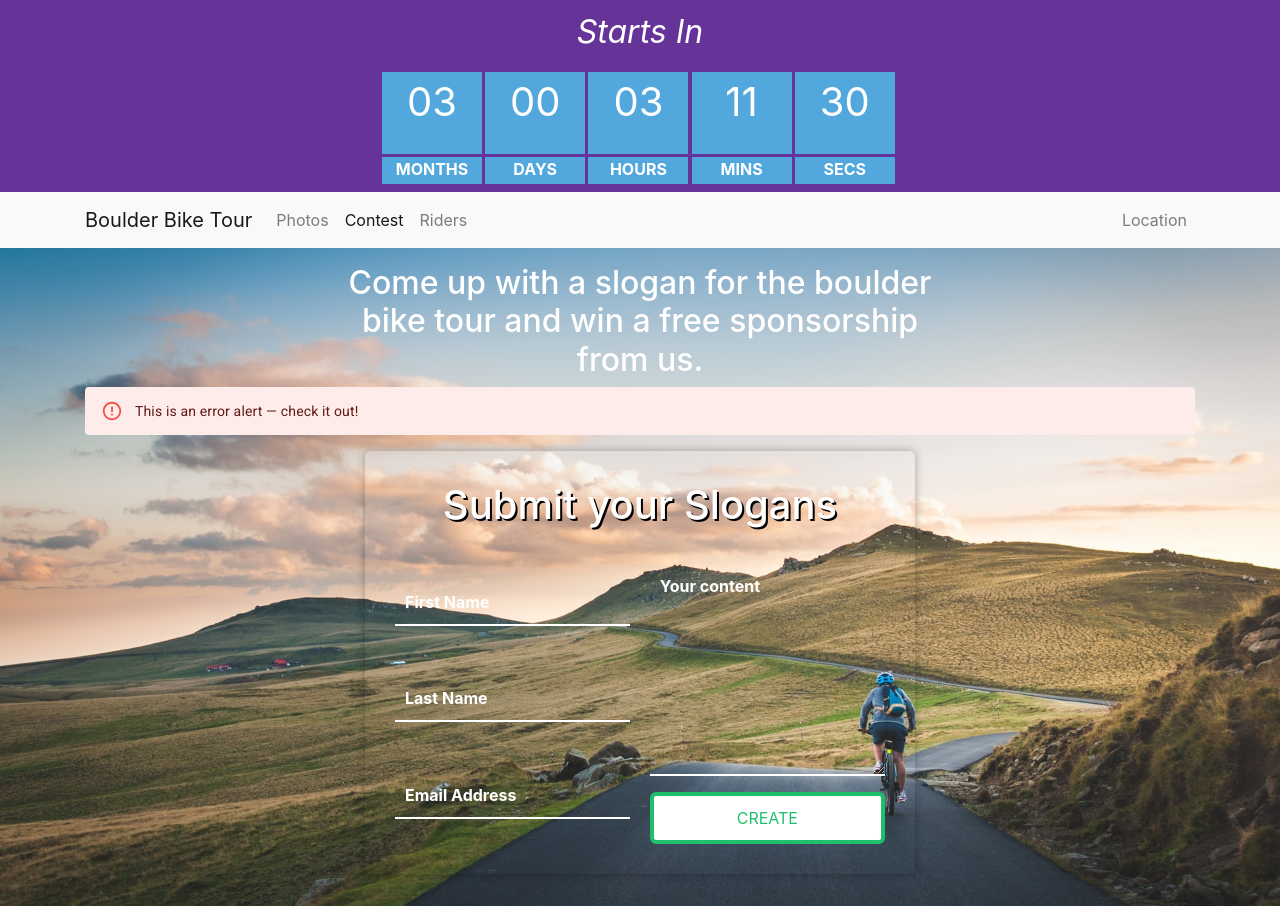
Repository: akinsikuoluwafemi/boulder_bike_tour_frontend
Page: /contest
These files come from the project's save history. The page is drawn as it stood at one moment and after a run of saves; the edit follows.
The browser window is 1280 px wide. The pictures show the whole page.
The page's requests for data from a server got no answer. Some web libraries are served in a nearby version. The project was rebuilt for these pictures with package versions that can differ from the ones it lists, and the page was loaded fresh each time. No one was signed in, and anything a server would have sent is missing. Also part of the build but not shown: src/components/Home/LatestNews.js, src/components/Home/Winners.js, src/components/Accordions/Accordions.js, src/components/Home/FooterContent.js, src/components/Home/Home.js, src/components/Location/mapStyles.js, src/components/Spinner/Spinner.scss, src/components/Spinner/Spinner.js and 5 more.

Above is the page before, as saved 2020-08-23 07:34:14.

### public/index.html
<!DOCTYPE html>
<html lang="en">
  <head>
    <meta charset="utf-8" />
    <link rel="icon" href="%PUBLIC_URL%/bike.jpg"/>
    <meta name="viewport" content="width=device-width, initial-scale=1" />
    <meta name="theme-color" content="#000000" />
    <meta
      name="description"
      content="Web site created using create-react-app"
    />
    <link rel="apple-touch-icon" href="%PUBLIC_URL%/logo192.png" />
    <!--
      manifest.json provides metadata used when your web app is installed on a
      user's mobile device or desktop. See https://developers.google.com/web/fundamentals/web-app-manifest/
    -->
    <link rel="manifest" href="%PUBLIC_URL%/manifest.json" />
    <link href="https://fonts.googleapis.com/css2?family=Poppins&display=swap" rel="stylesheet">
    <link rel="stylesheet" type="text/css" charset="UTF-8" href="https://cdnjs.cloudflare.com/ajax/libs/slick-carousel/1.6.0/slick.min.css" />
    <link rel="stylesheet" type="text/css" href="https://cdnjs.cloudflare.com/ajax/libs/slick-carousel/1.6.0/slick-theme.min.css" />
    <!--
      Notice the use of %PUBLIC_URL% in the tags above.
      It will be replaced with the URL of the `public` folder during the build.
      Only files inside the `public` folder can be referenced from the HTML.

      Unlike "/favicon.ico" or "favicon.ico", "%PUBLIC_URL%/favicon.ico" will
      work correctly both with client-side routing and a non-root public URL.
      Learn how to configure a non-root public URL by running `npm run build`.
    -->
    <link href="https://fonts.googleapis.com/css2?family=Anton&display=swap" rel="stylesheet">
    <link rel="stylesheet" href="https://stackpath.bootstrapcdn.com/bootstrap/4.4.1/css/bootstrap.min.css" integrity="sha384-Vkoo8x4CGsO3+Hhxv8T/Q5PaXtkKtu6ug5TOeNV6gBiFeWPGFN9MuhOf23Q9Ifjh"
      crossorigin="anonymous">
    <title>Boulder Bike Tour</title>
  </head>
  <body>
    <noscript>You need to enable JavaScript to run this app.</noscript>
    <div id="root"></div>
    <!--
      This HTML file is a template.
      If you open it directly in the browser, you will see an empty page.

      You can add webfonts, meta tags, or analytics to this file.
      The build step will place the bundled scripts into the <body> tag.

      To begin the development, run `npm start` or `yarn start`.
      To create a production bundle, use `npm run build` or `yarn build`.
    -->
    <script src="https://code.jquery.com/jquery-3.3.1.slim.min.js" integrity="sha384-q8i/X+965DzO0rT7abK41JStQIAqVgRVzpbzo5smXKp4YfRvH+8abtTE1Pi6jizo"
      crossorigin="anonymous">
      </script>
    <script src="https://cdnjs.cloudflare.com/ajax/libs/popper.js/1.14.7/umd/popper.min.js" integrity="sha384-UO2eT0CpHqdSJQ6hJty5KVphtPhzWj9WO1clHTMGa3JDZwrnQq4sF86dIHNDz0W1"
      crossorigin="anonymous">
      </script>
    <script src="https://stackpath.bootstrapcdn.com/bootstrap/4.3.1/js/bootstrap.min.js" integrity="sha384-JjSmVgyd0p3pXB1rRibZUAYoIIy6OrQ6VrjIEaFf/nJGzIxFDsf4x0xIM+B07jRM"
      crossorigin="anonymous">
      </script>
  </body>
</html>

### src/index.js
import React from 'react';
import ReactDOM from 'react-dom';
import './index.css';
import * as serviceWorker from './serviceWorker';
import Navigation from './components/Navigation';
import { RiderProvider } from './components/context';
import "slick-carousel/slick/slick.css";
import "slick-carousel/slick/slick-theme.css";

ReactDOM.render(
  <React.StrictMode>
    <RiderProvider>
      <Navigation />
    </RiderProvider>
  </React.StrictMode>,
  document.getElementById('root')
);

// If you want your app to work offline and load faster, you can change
// unregister() to register() below. Note this comes with some pitfalls.
// Learn more about service workers: https://bit.ly/CRA-PWA
serviceWorker.unregister();

### src/index.css
body {
  margin: 0;
  font-family: -apple-system, BlinkMacSystemFont, 'Segoe UI', 'Roboto', 'Oxygen',
    'Ubuntu', 'Cantarell', 'Fira Sans', 'Droid Sans', 'Helvetica Neue',
    sans-serif;
  -webkit-font-smoothing: antialiased;
  -moz-osx-font-smoothing: grayscale;
}

code {
  font-family: source-code-pro, Menlo, Monaco, Consolas, 'Courier New',
    monospace;
}

body {
  overflow-x: hidden;
}

### src/components/Navigation.js
import React from 'react';
import { BrowserRouter as Router, Route, Switch } from 'react-router-dom';
import Home from './Home/Home';
import Contest from './Contest/Contest';
import Location from './Location/Location';
import ImageList from './Photos/ImageList';
import Riders from './Riders/Riders';





export default function Navigation() {
    return (
        <Router>

            <Switch>
                <Route exact path="/" component={Home} />
                <Route exact path="/contest" component={Contest} />
                <Route exact path="/riders" component={Riders} />
                <Route exact path="/location" component={Location} />
                <Route exact path="/photos" component={ImageList} />
            </Switch>
        </Router>
    )
}

### src/components/context.js
import React, { Component } from 'react';

const RiderContext = React.createContext()


class RiderProvider extends Component
{
    state = {
        riders: [],
        loading: true




    }

    componentDidMount()
    {
        fetch('https://bike-boulder-tour.herokuapp.com/api/v1/riders')
            .then(response => response.json())
            .then(riders =>{
                this.setState({ riders: riders, loading: false })

            })
            .catch(error => console.log(error))

    }







    render(){




        return (
            <RiderContext.Provider value={{ ...this.state }}>
                {this.props.children}
            </RiderContext.Provider>
        )
    }
}

const RiderConsumer = RiderContext.Consumer

export { RiderProvider, RiderConsumer, RiderContext }

### src/components/Contest/Contest.js
import React, {useState, useContext} from "react";
import "./Contest.scss";
import { Link } from "react-router-dom";
import HeaderTime from "../HeaderTime/HeaderTime";
import Form from "./Form/Form";
// import Alert from '';
// import {AlertContext} from '../../'
import Alert from "@material-ui/lab/Alert";
import { AlertContext } from '../AlertContext';

const Contest = () => {

    const [alert, setAlert] = useState("");


    return (
      <div>
        <HeaderTime />

        <nav class="navbar navbar-expand-sm sticky-top navbar-light bg-light">
          <div class="container">
            <Link to="/" class="navbar-brand">
              Boulder Bike Tour
            </Link>
            <button
              class="navbar-toggler navbar-toggler-right"
              type="button"
              data-toggle="collapse"
              data-target="#navbar1"
            >
              <span class="navbar-toggler-icon"></span>
            </button>
            <div class="collapse navbar-collapse" id="navbar1">
              <ul class="navbar-nav">
                <li class="nav-item">
                  <Link to="/photos" class="nav-link">
                    Photos
                  </Link>
                </li>
                <li class="nav-item active">
                  <Link to="/contest" class="nav-link">
                    Contest
                  </Link>
                </li>
                <li class="nav-item">
                  <Link to="/riders" class="nav-link">
                    Riders
                  </Link>
                </li>
              </ul>
              <ul class="navbar-nav ml-auto">
                <li class="nav-item ">
                  <Link to="/location" class="nav-link">
                    Location
                  </Link>
                </li>
              </ul>
            </div>
          </div>
        </nav>

        {/*  */}

        <div className="bg-contest">
          <div className="container py-3">
            <h2 className="text-center contest-heading-text text-white">
              Come up with a slogan for the boulder bike tour and win a free
              sponsorship from us.
            </h2>
            <AlertContext.Provider value={{ alert, setAlert }}>
              {/* <Alert severity={severity}>{alertText}</Alert> */}
              <Alert severity="error">
                This is an error alert — check it out!
              </Alert>

              <div className="px-3 py-3 form-center">
                <Form />
              </div>
            </AlertContext.Provider>
          </div>
        </div>

        {/*  */}
      </div>
    );
};

export default Contest;

### src/components/Home/Home.scss
.header-hero {
    display: grid;
    grid-template-columns: repeat(auto-fit,minmax(400px, 1fr));
    height: 75vh;
    background: #52A7DD;
    // grid-gap: .2rem;
    background-image: url('../../images/image6.jpg');
    background-size: cover;
    background-repeat: no-repeat;
    background-position: top;
}

.heading-img {

}

.heading-text {
    // padding: 3rem;
    margin: auto;

}


.btn-hero {
    display: flex;
    justify-content: space-between;
    padding: .5rem;
    align-items: center;
    cursor: pointer;
    border-radius: 0.3rem;
    transition: all .5s ease-in-out;
}

.btn-hero:hover {
    box-shadow: 0 1px 3px 0 rgba(0, 0, 0, 0.1), 0 1px 2px 0 rgba(0, 0, 0, 0.06);
    background: #222;

}

.btn-text {
    font-weight: bold;
}
.card-width{
    width: 20rem!important;
}



// slick slider start

.slide-container {
      display: grid;
    grid-gap: 1rem;
    grid-template-columns: repeat(auto-fit, minmax(220px, 1fr));

    grid-gap: .8rem;

}

.figure-container {
}

.figure-container:focus {
    outline: none;
}

.fig-image {
    background-image: url('../../images/image2.jpg');
    background-size: cover;
    background-position: center;
    background-repeat: no-repeat;
    height: 10rem;
    transition: all .5s ease-in-out;
    overflow: auto;

    cursor: pointer;
}

.youth-biking-image {
    background-image: url('../../images/youthbiking.jpg');
    background-size: cover;
    background-position: center;
    background-repeat: no-repeat;
    height: 10rem;
    transition: all .5s ease-in-out;
    overflow: auto;

    cursor: pointer;
}

.mascot {
    background-image: url('../../images/mascots.jpg');
    background-size: cover;
    background-position: center;
    background-repeat: no-repeat;
    height: 10rem;
    transition: all .5s ease-in-out;
    overflow: auto;

    cursor: pointer;
}

.olympic {
    background-image: url('../../images/olympic.jpg');
    background-size: cover;
    background-position: center;
    background-repeat: no-repeat;
    height: 10rem;
    transition: all .5s ease-in-out;
    overflow: auto;
    cursor: pointer;
}


.wis {
    background-image: url('../../images/wis.jpg');
    background-size: cover;
    background-position: center;
    background-repeat: no-repeat;
    height: 10rem;
    transition: all .5s ease-in-out;
    overflow: auto;
    cursor: pointer;
}

.sfj {
    background-image: url('../../images/sfj.jpg');
    background-size: cover;
    background-position: center;
    background-repeat: no-repeat;
    height: 10rem;
    transition: all .5s ease-in-out;
    overflow: auto;
    // -webkit-filter: grayscale(100%); /* Safari 6.0 - 9.0 */
    // filter: grayscale(100%);
    cursor: pointer;
}




.fig-image:hover {
    // filter: grayscale(0%);
}



.tag {
    // background: #52A7DD;
    padding: .3rem;
    display: inline;
    font-family: 'Poppins', sans-serif;
    text-shadow: 0px 4px 3px rgba(0,0,0,0.4),
             0px 8px 13px rgba(0,0,0,0.1),
             0px 18px 23px rgba(0,0,0,0.1);

}





.figure-caption {
    // background: #52A7DD;
    padding: .5rem;
}



.caption-text {
    transition: all .2s ease-in;
    cursor: pointer;

color: rgba(0,0,0,0.6);
text-shadow: 2px 8px 6px rgba(0,0,0,0.2),
                 0px -5px 35px rgba(255,255,255,0.3);
}

.caption-text:hover {
    color: #52A7DD
}

button.slick-arrow {
    background: #777;
    // fill: #115C8D;
    border-radius: 50%;
}

.slick-prev:hover,.slick-prev:focus,.slick-next:hover,.slick-next:focus {
    background: #777;

}

.slick-prev:hover,.slick-prev:focus,.slick-next:hover,.slick-next:focus {

    color: transparent!important;
    outline: none!important;
    background: #777!important;

}


@media(min-width: 768px){
    .show-big {
        display: block;
        // background: pink!important;
    }
     .show-small {
        display: none;
    }
}

@media(max-width: 767px){
    .show-big {
        display: none;
    }
    .show-small {
        display: block;
    }
}

// slick slider end



// past winners start

.profile-card-5{
    margin-top:20px;
}
.profile-card-5 .btn{
    border-radius:2px;
    text-transform:uppercase;
    font-size:12px;
    padding:7px 20px;
}
.profile-card-5 .card-img-block {
    width: 91%;
    margin: 0 auto;
    position: relative;
    top: -20px;

}
.profile-card-5 .card-img-block img{
    border-radius:5px;
    box-shadow:0 0 10px rgba(0,0,0,0.63);
}
.profile-card-5 h5{
    color:#52A7DD;
    font-weight:600;
}
.profile-card-5 p{
    font-size:16px;
    font-weight:500;

}
.profile-card-5 .btn-primary{
    background-color:#52A7DD;
    border-color:#52A7DD;
    font-weight: 600;
}


// past winners end


.winners-container {
     display: grid;
    // grid-template-rows: repeat(2,1fr);
    grid-gap: 1rem;
    grid-template-columns: repeat(auto-fit, minmax(220px, 1fr));
    // justify-content: center;
    // background: palegoldenrod;
    // height: 16rem;
    grid-gap: .8rem;
}

.footer-container {
    padding: 3rem 0rem;
    display: grid;
    // grid-template-rows: repeat(2,1fr);
    grid-gap: 1rem;
    grid-template-columns: repeat(auto-fit, minmax(210px, 1fr));
    justify-content: center;
    // background: palegoldenrod;
    // height: 16rem;
    // align-items: center;
    grid-gap: .8rem;
}

.footer-heading-text {
    font-weight: 700;
    text-transform: uppercase;
    font-size: .9rem;
}

.footer-list {
    margin: 0;
    padding: 0;
}

.footer-list-item {
    list-style-type: none;
    text-transform: uppercase;
    font-size: .75rem;
    color: #777;
    font-weight: 600;
}

.hero-intro-text {

background-color: #666666;
    -webkit-background-clip: text;
    -moz-background-clip: text;
    background-clip: text;
    font-weight: 600;
    text-shadow: rgba(255,255,255,0.5) 0px 3px 3px;
}

.bg-purple {
    background: #663399;
}



// @media(max-width: 320px){
//     .header-hero {
//         justify-content: center;
//         align-items: center;

//     }
// }

@media(max-width: 425px){
     .header-hero {
        justify-content: center;
        align-items: center;

    }

    .bg-purple {
        background: transparent!important;
    }


}


body {
  overflow-x: hidden;
}

### src/components/HeaderTime/HeaderTime.js
import React from 'react'
import './HeaderTime.scss'
import CountDown from './CountDown'



function HeaderTime () {
    return (
        <CountDown futureDate="2020-11-23T09:33:32.212Z" />
    )
}

export default HeaderTime

### src/components/Contest/Contest.scss
.form-center {
    display: flex;
    justify-content: center;
    align-items: center;
}

.contest-heading-text {
    padding: 0 15rem;

}

@media(max-width: 1025px){
    .contest-heading-text {
        padding: 0 0rem;

    }

}

.bg-contest {
    background-image: url('../../images/contest-hero.jpg');
    background-size: cover;
    background-repeat: no-repeat;
    background-position: center;
}

### src/components/AlertContext.js
import { createContext } from 'react';

export const AlertContext = createContext();

### src/components/Photos/Photos.scss
.image-list {
    display: grid;
    grid-template-columns: repeat(auto-fill, minmax(250px, 1fr));
    grid-gap: 1px 10px;
    grid-auto-rows: 10px;
    justify-content: center;
    align-items: center;

}

.image-list img {
    width: 250px;
    grid-row-end: span 2;
}

.image-container {
    position: relative
}


.tags {
    z-index: 2;
    position: absolute;
  top: 50%; right: 50%;
  transform: translate(50%,-50%);
    background: transparent;

}

.photo-hero-container {
    display: flex;
    justify-content: center;
    align-items: center;
    height: 70vh;

}

.bg-hero-photo {
      background-image: url('../../images/picture-hero.jpg');
    background-position: center;
    background-size: cover;
    background-repeat: repeat;
}

.photo-hero-text {
    // font-size: 2rem;
    text-align: center;
    font-weight: 500;
    font-family: 'Anton', sans-serif;
}




// button start

.example_d {
cursor: pointer;
color: #20bf6b !important;
text-transform: uppercase;
background: #ffffff;
padding: 10px 20px;
border: 4px solid #20bf6b !important;
border-radius: 6px;
display: inline-block;
transition: all 0.3s ease 0s;
z-index: 500;
}

.example_d:hover {
color: #494949 !important;
border-radius: 50px;
border-color: #494949 !important;
transition: all 0.3s ease 0s;
}

// button end

### src/components/HeaderTime/HeaderTime.scss
.timer-container {
    background: rebeccapurple;
    height: 12rem;
    display: flex;
    flex-direction: column;
    justify-content: center;
    align-items: center;
    color: white;
}

.timer-content {
    text-align: center;
    display: flex;
}
.timer-content > *:not(last-child) {
    margin-right: .2rem;
}

.timer-box {
    height: 7rem;
    display: grid;
    grid-template-columns: repeat(auto-fill,minmax(100px, 1fr));
    grid-template-rows: 3fr 1fr;
    grid-gap: .2rem;

}

.timer-num {
    font-size: 2.5rem;
    grid-row: 1/2;
    background: #52A7DD;
}
.starts {
    font-size: 2rem;
    font-style: italic;
}
.days {
    grid-row: 2/-1;
    font-weight: bold;
    background: #52A7DD;
}

.mobile-countdown {
    background: #52A7DD;
    padding: .3rem 1rem;
}


@media(max-width: 575px){
    .timer-content {
        display: none;
    }
    .timer-container {
        height: 16rem;
        // margin-bottom: 2rem;
    }
}




.time-small-container {
    text-align: center;
    display: none;

}

@media(max-width: 575px){
    .time-small-container {
        display: block;
    }
}

.time-small-container > * {
    margin-bottom: .1rem;
}

### src/components/Contest/Form/Form.scss
@import url('https://fonts.googleapis.com/css?family=Roboto');


.wrapper{


  width: 100%;
  max-width: 550px;
  // background: rgba(0,0,0,0.8);
  padding: 30px;
  border-radius: 5px;
  box-shadow: 0 0 10px rgba(0,0,0,0.3);
}

.wrapper .title h1{
  color: #fff;
  text-align: center;
  margin-bottom: 25px;
  text-shadow: 2px 2px #000;
}

.contact-form{
  display: flex;
}

.input-fields{
  display: flex;
  flex-direction: column;
  margin-right: 4%;
  justify-content: space-around;
}

.input-fields,
.msg{
  width: 48%;
}

.input-fields .input,
.msg textarea{
  margin: 10px 0;
  background: transparent;
  border: 0px;
  border-bottom: 2px solid #fff;
  padding: 10px;
  color: #fff;
  width: 100%;
  outline: none;
  font-weight: bold;
}

.msg textarea{
  height: 212px;
}

::-webkit-input-placeholder {
  /* Chrome/Opera/Safari */
  color: #fff;
}
::-moz-placeholder {
  /* Firefox 19+ */
  color: #fff;
}
:-ms-input-placeholder {
  /* IE 10+ */
  color: #c5ecfd;
}



@media screen and (max-width: 600px){
  .contact-form{
    flex-direction: column;
  }
  .msg textarea{
    height: 80px;
  }
  .input-fields,
  .msg{
    width: 100%;
  }
}

### src/components/Accordions/Accordions.scss
/* The Magic */
ul {
    margin: 0;
    padding: 0;
}


.accordion:hover .accordion-item:hover .accordion-item-content,
.accordion .accordion-item--default .accordion-item-content {
    height: 6rem;

}

.accordion-item-content,
.accordion:hover .accordion-item-content {
    height: 0;
    overflow-y: scroll;
    transition: height .25s;
    color: #444;
    padding-left: .5rem;
    font-size: .9rem;
}

.accordion-item-content li {
    padding-bottom: .5rem;
}


/* Aesthetic */


.accordion {
    padding: 0;
    margin: 0 auto;
    // width: 90vw;
    // font-family: "PT Sans" sans-serif;
}

.accordion .accordion-item {
//   background-image: linear-gradient(90deg, #eee, #f5f5f5, #eee);
  border-bottom: .1px solid #222;
  padding: .8rem;
  color: #777;
  cursor: pointer;
}

.accordion-item-content {
//   background-image: linear-gradient(90deg, #eee, #f5f5f5, #eee);

}

.accordion p {
  margin: 0;
  color: #bbb;
}




.accordion .accordion-item:nth-child(odd) {
     -webkit-border-radius: .2rem;
            border-radius: .2rem;
    -webkit-box-shadow: 0 0 10px rgba(0, 0, 0, 0.4);
       -moz-box-shadow: 0 0 10px rgba(0, 0, 0, 0.4);
            box-shadow: 0 0 10px rgba(0, 0, 0, 0.4);
    z-index: -1;
}


.accordion .accordion-item:nth-child(odd) {
//   background-color: hsl(280, 60%, 45%);
//   background-image: linear-gradient(-90deg, hsl(280, 80%, 60%), hsl(280, 60%, 45%) 2em, hsl(280, 80%, 60%));
}

.accordion .accordion-item:nth-child(3) {
//   background-color: hsl(40, 80%, 40%);
//   background-image: linear-gradient(-90deg, hsl(40, 80%, 60%), hsl(40, 80%, 45%) 2em, hsl(40, 80%, 60%));
}

.accordion .accordion-item:nth-child(4) {
//   background-color: hsl(80, 40%, 40%);
//   background-image: linear-gradient(-90deg, hsl(80, 80%, 40%), hsl(80, 80%, 35%) 2em, hsl(80, 80%, 40%));
}

Loaded but not shown: src/serviceWorker.js (common file); src/components/Contest/Form/Form.js (148 lines, source omitted); src/components/HeaderTime/CountDown.js (101 lines, source omitted); src/components/Location/Location.scss (no stored copy; drawn as an empty file)

After the next 2 saves:
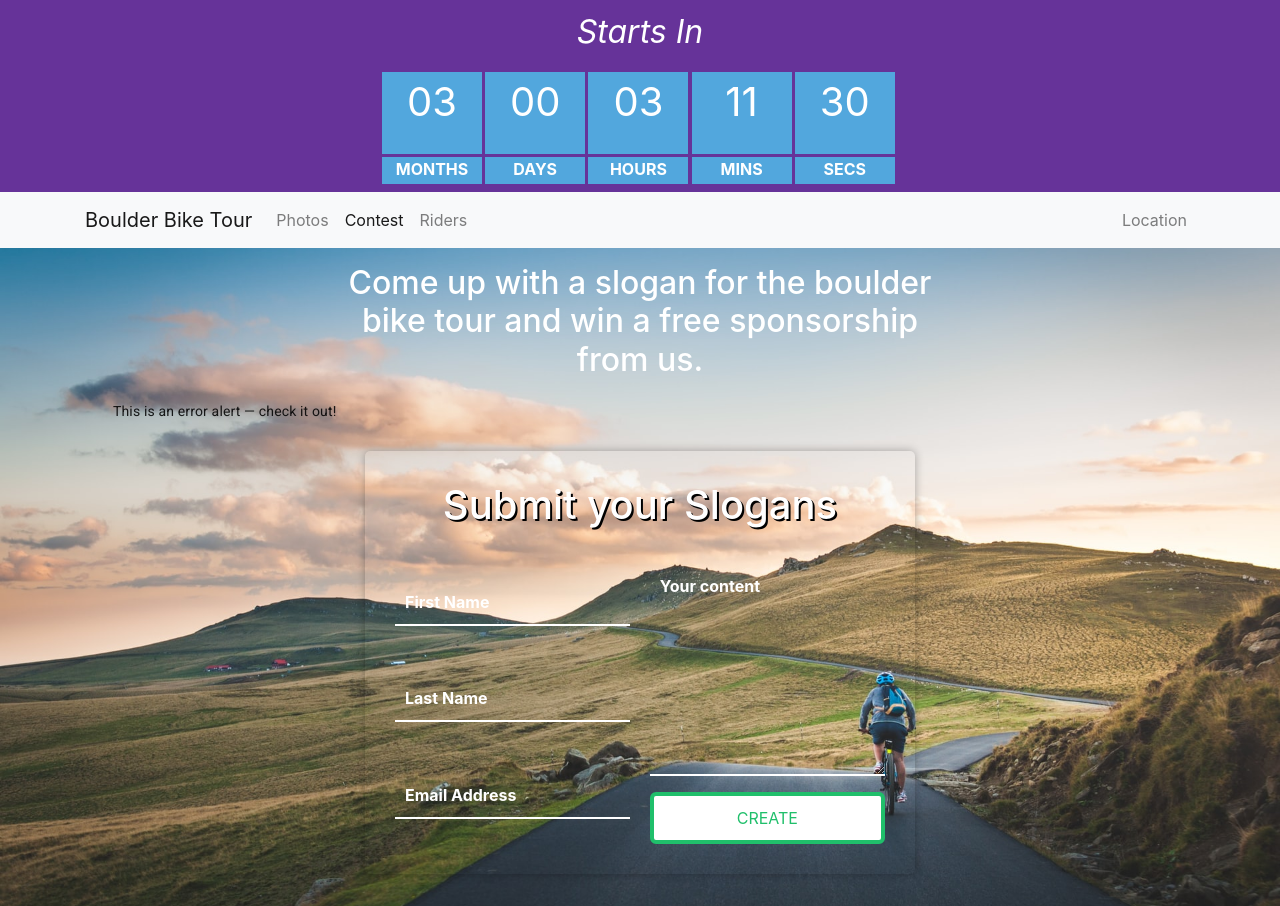
The 2 saves are shown as one change because they came seconds apart.
The last was saved 41 s later.
--- a/src/components/Contest/Contest.js
+++ b/src/components/Contest/Contest.js
@@ -69,7 +69,7 @@ const Contest = () => {
             </h2>
             <AlertContext.Provider value={{ alert, setAlert }}>
               {/* <Alert severity={severity}>{alertText}</Alert> */}
-              <Alert severity="error">
+              <Alert severity={alert}>
                 This is an error alert — check it out!
               </Alert>
 
